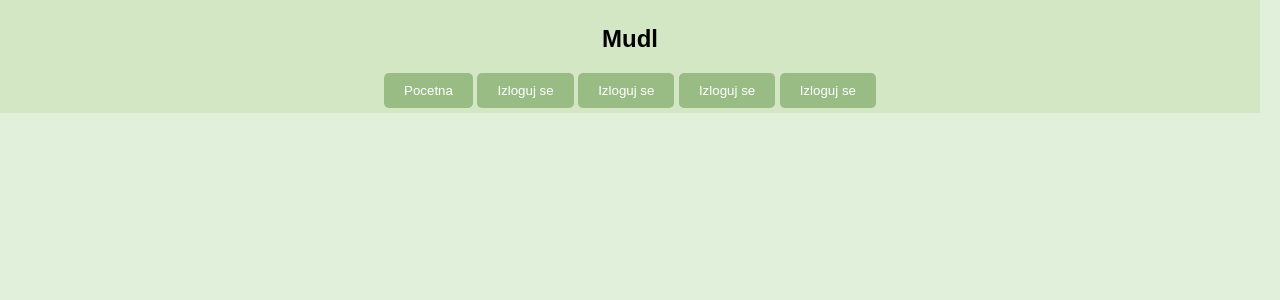
Repository: MarkoKillin/RazvojInformacionihSistemaProjekat
Page: http://localhost/MudlWeb/headers/admin_header.jsp
The author's editor kept a copy of each file at every save. The page is drawn from the files as they stood at one save, then again after the next save.
The browser window is 1280 px wide. The pictures show the whole page.
The page is served by Tomcat 10. Other server files are loaded and not shown.

Above is the page before, as saved 2024-01-28 17:28:36.

### MudlWeb/src/main/webapp/headers/admin_header.jsp
<%@ page language="java" contentType="text/html; charset=UTF-8"
	pageEncoding="UTF-8"%>
<!DOCTYPE html>
<html lang="en">
<head>
<meta charset="UTF-8">
<meta name="viewport" content="width=device-width, initial-scale=1.0">
<title>Admin Mudl</title>
<link rel="stylesheet" type="text/css"
	href="${pageContext.request.contextPath}/css/styles.css">
</head>
<body>

	<header>
		<h2>Mudl</h2>
		<a href="/Mudl/admin/home"><button>Pocetna</button></a>
		<a href="/Mudl/logout"><button>Izloguj se</button></a>
		<a href="/Mudl/logout"><button>Izloguj se</button></a>
		<a href="/Mudl/logout"><button>Izloguj se</button></a>
		<a href="/Mudl/logout"><button>Izloguj se</button></a>

	</header>

</body>
</html>

### MudlWeb/src/main/webapp/css/styles.css
@charset "UTF-8";

:root {
	--primary-color: #E1F0DA;
	--secondary-color: #D4E7C5;
	--accent-color: #BFD8AF;
	--highlight-color: #99BC85;
}

body {
	font-family: 'Arial', sans-serif;
	background-color: var(--primary-color);
	color: black;
	height: 100vh;
	margin: 0%;
}

header {
	background-color: var(--secondary-color);
	padding: 5px;
	text-align: center;
	margin-right: 20px;
}

footer {
	background-color: var(--secondary-color);
	padding: 10px;
	text-align: center;
	position: fixed;
	bottom: 0;
	width: 100%;
}


button {
	background-color: var(--highlight-color);
	color: white;
	padding: 10px 20px;
	border: none;
	border-radius: 5px;
	cursor: pointer;

}

button:hover {
	background-color: var(--primary-color);
	color: black;
}

After the next save:
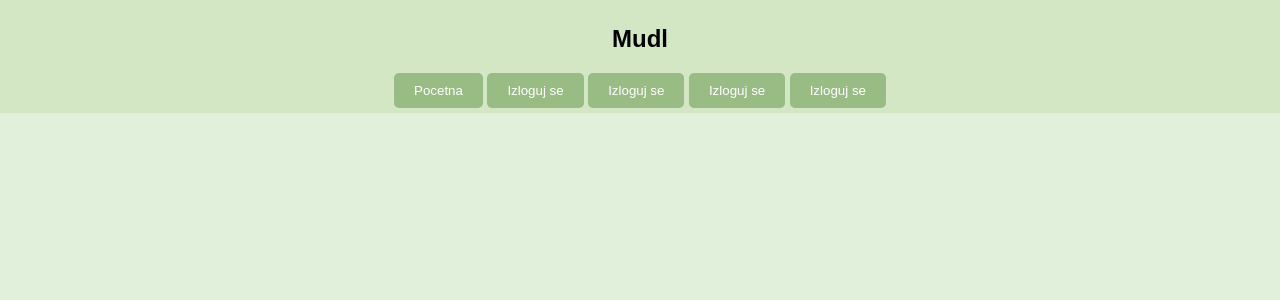
Saved 42 s later.
--- a/MudlWeb/src/main/webapp/css/styles.css
+++ b/MudlWeb/src/main/webapp/css/styles.css
@@ -19,7 +19,6 @@ header {
 	background-color: var(--secondary-color);
 	padding: 5px;
 	text-align: center;
-	margin-right: 20px;
 }
 
 footer {
